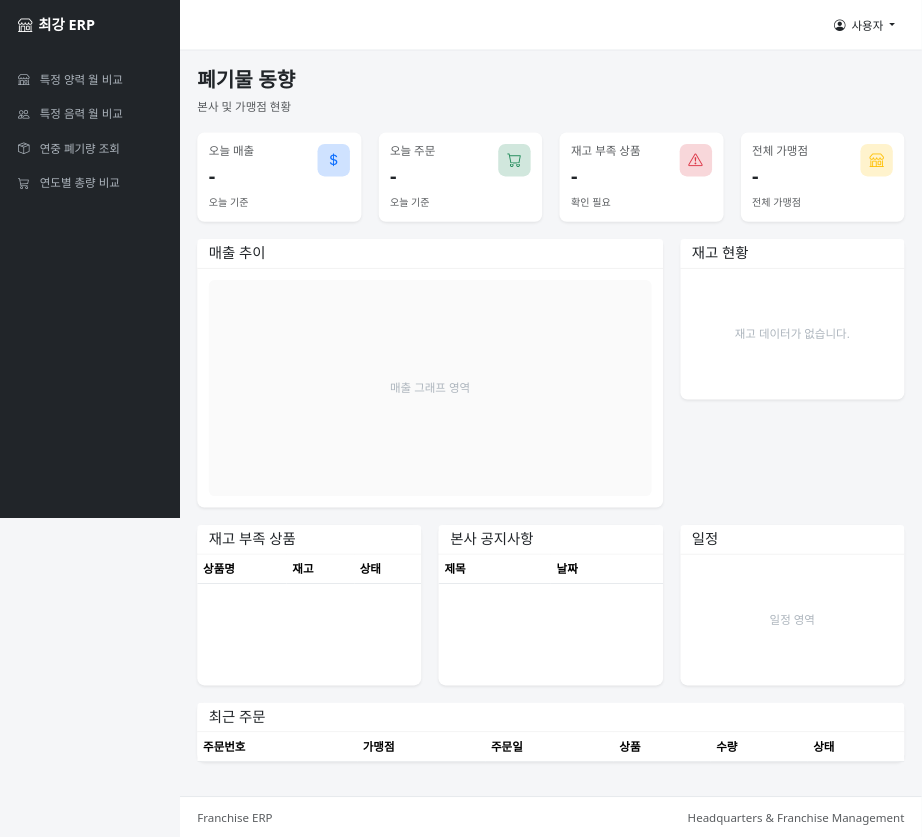
Repository: nojong99/kosta
Page: 32_MVCModel2/src/main/webapp/wasteTrends.html
These files come from the project's save history. The page is drawn as it stood at one moment and after the next save; the edit follows.
The browser window is 1280 px wide. The pictures show the whole page, at 72% of full size.

Above is the page before, as saved 2026-09-23 02:47:23.

### 32_MVCModel2/src/main/webapp/wasteTrends.html
<!DOCTYPE html>
<html lang="ko">

<head>
    <meta charset="UTF-8">
    <meta name="viewport" content="width=device-width, initial-scale=1">

    <title>Franchise ERP</title>

    <link
        href="https://cdn.jsdelivr.net/npm/bootstrap@5.3.8/dist/css/bootstrap.min.css"
        rel="stylesheet">
    <link
        rel="stylesheet"
        href="https://cdn.jsdelivr.net/npm/bootstrap-icons@1.13.1/font/bootstrap-icons.min.css">
	<link rel="stylesheet" href="css/wasteTrends.css">


</head>


<body>

<div class="sidebar">

    <div class="logo">

        <i class="bi bi-shop me-2"></i>

        <span>최강 ERP</span>

    </div>


    <ul class="nav flex-column mt-3">


        <!-- 대시보드 -->

        <li class="nav-item">

            <a class="nav-link" href="#">

                <i class="bi bi-shop"></i>

                <span>특정 양력 월 비교</span>

            </a>

        </li>

        <li class="nav-item">

            <a class="nav-link" href="#">

                <i class="bi bi-people"></i>

                <span>특정 음력 월 비교</span>

            </a>

        </li>

        <li class="nav-item">

            <a class="nav-link" href="#">

                <i class="bi bi-box-seam"></i>

                <span>연중 폐기량 조회</span>

            </a>

        </li>

        <li class="nav-item">

            <a class="nav-link" href="#">

                <i class="bi bi-cart3"></i>

                <span>연도별 총량 비교</span>

            </a>

        </li>



    </ul>

</div>



<!-- ==================================================
     MAIN
================================================== -->

<div class="main">


    <!-- ==================================================
         TOPBAR
    ================================================== -->

    <nav class="navbar topbar px-4">

        <div>

            <button
                class="btn btn-light d-md-none">

                <i class="bi bi-list"></i>
				사용자
            </button>

        </div>


        <div class="dropdown">

            <button
                class="btn dropdown-toggle"
                data-bs-toggle="dropdown">

                <i class="bi bi-person-circle me-1"></i>

                사용자

            </button>


            <ul class="dropdown-menu dropdown-menu-end">

                <li>
                    <a class="dropdown-item" href="#">
                        프로필
                    </a>
                </li>

                <li>
                    <a class="dropdown-item" href="#">
                        설정
                    </a>
                </li>

                <li>
                    <hr class="dropdown-divider">
                </li>

                <li>
                    <a class="dropdown-item" href="#">
                        로그아웃
                    </a>
                </li>

            </ul>

        </div>

    </nav>



    <!-- ==================================================
         CONTENT
    ================================================== -->

    <main class="container-fluid p-4">


        <!-- 제목 -->

        <div class="mb-4">

            <h3 class="fw-bold">
                폐기물 동향
            </h3>

            <p class="text-muted mb-0">
                본사 및 가맹점 현황
            </p>

        </div>



        <!-- ==================================================
             1. 주요 현황
        ================================================== -->

        <div class="row g-4 mb-4">


            <!-- 오늘 매출 -->

            <div class="col-12 col-sm-6 col-xl-3">

                <div class="card dashboard-card shadow-sm">

                    <div class="card-body">

                        <div class="d-flex justify-content-between">

                            <div>

                                <h6 class="text-muted">
                                    오늘 매출
                                </h6>

                                <h3 class="fw-bold">
                                    -
                                </h3>

                            </div>


                            <div class="dashboard-icon bg-primary-subtle text-primary">

                                <i class="bi bi-currency-dollar"></i>

                            </div>

                        </div>

                        <small class="text-muted">
                            오늘 기준
                        </small>

                    </div>

                </div>

            </div>



            <!-- 주문 -->

            <div class="col-12 col-sm-6 col-xl-3">

                <div class="card dashboard-card shadow-sm">

                    <div class="card-body">

                        <div class="d-flex justify-content-between">

                            <div>

                                <h6 class="text-muted">
                                    오늘 주문
                                </h6>

                                <h3 class="fw-bold">
                                    -
                                </h3>

                            </div>


                            <div class="dashboard-icon bg-success-subtle text-success">

                                <i class="bi bi-cart"></i>

                            </div>

                        </div>

                        <small class="text-muted">
                            오늘 기준
                        </small>

                    </div>

                </div>

            </div>



            <!-- 재고 부족 -->

            <div class="col-12 col-sm-6 col-xl-3">

                <div class="card dashboard-card shadow-sm">

                    <div class="card-body">

                        <div class="d-flex justify-content-between">

                            <div>

                                <h6 class="text-muted">
                                    재고 부족 상품
                                </h6>

                                <h3 class="fw-bold">
                                    -
                                </h3>

                            </div>


                            <div class="dashboard-icon bg-danger-subtle text-danger">

                                <i class="bi bi-exclamation-triangle"></i>

                            </div>

                        </div>

                        <small class="text-muted">
                            확인 필요
                        </small>

                    </div>

                </div>

            </div>



            <!-- 가맹점 -->

            <div class="col-12 col-sm-6 col-xl-3">

                <div class="card dashboard-card shadow-sm">

                    <div class="card-body">

                        <div class="d-flex justify-content-between">

                            <div>

                                <h6 class="text-muted">
                                    전체 가맹점
                                </h6>

                                <h3 class="fw-bold">
                                    -
                                </h3>

                            </div>


                            <div class="dashboard-icon bg-warning-subtle text-warning">

                                <i class="bi bi-shop"></i>

                            </div>

                        </div>

                        <small class="text-muted">
                            전체 가맹점
                        </small>

                    </div>

                </div>

            </div>

        </div>



        <!-- ==================================================
             2. 매출 / 재고
        ================================================== -->

        <div class="row g-4 mb-4">


            <!-- 매출 그래프 -->

            <div class="col-12 col-xl-8">

                <div class="card dashboard-card shadow-sm">

                    <div class="card-header bg-white">

                        <h5 class="mb-0">
                            매출 추이
                        </h5>

                    </div>

                    <div class="card-body">

                        <div class="chart-area">

                            <span>
                                매출 그래프 영역
                            </span>

                        </div>

                    </div>

                </div>

            </div>



            <!-- 재고 -->

            <div class="col-12 col-xl-4">

                <div class="card dashboard-card shadow-sm">

                    <div class="card-header bg-white">

                        <h5 class="mb-0">
                            재고 현황
                        </h5>

                    </div>

                    <div class="card-body">

                        <div class="empty-data">

                            재고 데이터가 없습니다.

                        </div>

                    </div>

                </div>

            </div>

        </div>



        <!-- ==================================================
             3. 재고 / 공지 / 일정
        ================================================== -->

        <div class="row g-4 mb-4">


            <!-- 재고 부족 -->

            <div class="col-12 col-lg-4">

                <div class="card dashboard-card shadow-sm h-100">

                    <div class="card-header bg-white">

                        <h5 class="mb-0">
                            재고 부족 상품
                        </h5>

                    </div>


                    <div class="card-body p-0">

                        <div class="table-responsive">

                            <table class="table table-hover mb-0">

                                <thead>

                                    <tr>

                                        <th>상품명</th>

                                        <th>재고</th>

                                        <th>상태</th>

                                    </tr>

                                </thead>


                                <tbody>

                                    <!-- DB 데이터 출력 -->

                                </tbody>

                            </table>

                        </div>

                    </div>

                </div>

            </div>



            <!-- 공지 -->

            <div class="col-12 col-lg-4">

                <div class="card dashboard-card shadow-sm h-100">

                    <div class="card-header bg-white">

                        <h5 class="mb-0">
                            본사 공지사항
                        </h5>

                    </div>


                    <div class="card-body p-0">

                        <div class="table-responsive">

                            <table class="table table-hover mb-0">

                                <thead>

                                    <tr>

                                        <th>제목</th>

                                        <th>날짜</th>

                                    </tr>

                                </thead>


                                <tbody>

                                    <!-- DB 데이터 출력 -->

                                </tbody>

                            </table>

                        </div>

                    </div>

                </div>

            </div>



            <!-- 일정 -->

            <div class="col-12 col-lg-4">

                <div class="card dashboard-card shadow-sm h-100">

                    <div class="card-header bg-white">

                        <h5 class="mb-0">
                            일정
                        </h5>

                    </div>


                    <div class="card-body">

                        <div class="empty-data">

                            일정 영역

                        </div>

                    </div>

                </div>

            </div>

        </div>



        <!-- ==================================================
             4. 최근 주문
        ================================================== -->

        <div class="card dashboard-card shadow-sm">


            <div class="card-header bg-white">

                <h5 class="mb-0">
                    최근 주문
                </h5>

            </div>


            <div class="card-body p-0">

                <div class="table-responsive">

                    <table class="table table-hover mb-0">

                        <thead>

                            <tr>

                                <th>주문번호</th>

                                <th>가맹점</th>

                                <th>주문일</th>

                                <th>상품</th>

                                <th>수량</th>

                                <th>상태</th>

                            </tr>

                        </thead>


                        <tbody>

                            <!--
                                나중에 DB에서 가져온 데이터를
                                여기에 출력
                            -->

                        </tbody>

                    </table>

                </div>

            </div>

        </div>


    </main>



    <!-- ==================================================
         FOOTER
    ================================================== -->

    <footer class="py-3 mt-4 bg-white border-top">

        <div class="container-fluid px-4">

            <div class="d-flex justify-content-between">

                <span class="text-muted">
                    Franchise ERP
                </span>

                <span class="text-muted">
                    Headquarters & Franchise Management
                </span>

            </div>

        </div>

    </footer>


</div>



<!-- Bootstrap 5 JS -->

<script
    src="https://cdn.jsdelivr.net/npm/bootstrap@5.3.8/dist/js/bootstrap.bundle.min.js">
</script>


</body>

</html>

### 32_MVCModel2/src/main/webapp/css/wasteTrends.css
@charset "UTF-8";


body {
    background-color: #f5f6f8;
}

/* 사이드바 */
.sidebar {
    width: 250px;
    min-height: 100vh;
    background-color: #212529;
    position: fixed;
    left: 0;
    top: 0;
}

.sidebar .logo {
    height: 70px;
    display: flex;
    align-items: center;
    padding: 0 25px;
    font-size: 20px;
    font-weight: bold;
    color: white;
}

.sidebar .nav-link {
    color: #adb5bd;
    padding: 12px 25px;
}

.sidebar .nav-link:hover,
.sidebar .nav-link.active {
    color: white;
    background-color: #343a40;
}

.sidebar .nav-link i {
    margin-right: 10px;
}

/* 메인 */
.main {
    margin-left: 250px;
    min-height: 100vh;
}

/* 상단바 */
.topbar {
    height: 70px;
    background-color: white;
    border-bottom: 1px solid #dee2e6;
}

/* 카드 */
.dashboard-card {
    border: none;
    border-radius: 10px;
}

.dashboard-icon {
    width: 45px;
    height: 45px;
    border-radius: 10px;

    display: flex;
    align-items: center;
    justify-content: center;

    font-size: 20px;
}

/* 차트 영역 */
.chart-area {
    height: 300px;

    display: flex;
    align-items: center;
    justify-content: center;

    color: #adb5bd;
    background-color: #fafafa;
    border-radius: 8px;
}

/* 빈 데이터 */
.empty-data {
    height: 150px;

    display: flex;
    align-items: center;
    justify-content: center;

    color: #adb5bd;
}

@media (max-width: 768px) {

    .sidebar {
        width: 70px;
    }

    .sidebar .logo span,
    .sidebar .nav-link span {
        display: none;
    }

    .sidebar .nav-link {
        text-align: center;
        padding: 15px 0;
    }

    .sidebar .nav-link i {
        margin: 0;
    }

    .main {
        margin-left: 70px;
    }

}

After the next save:
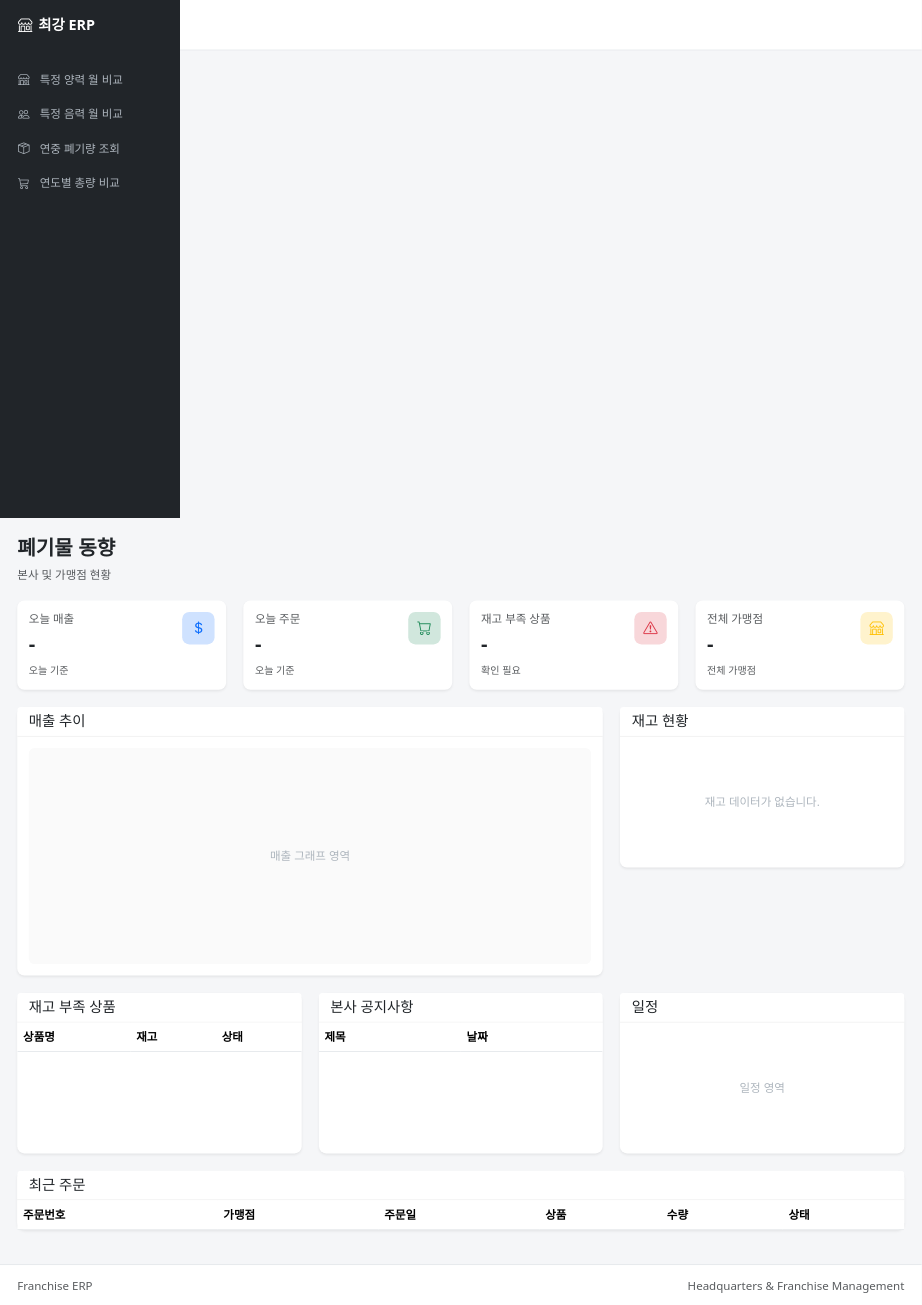
Saved 8 s later.
--- a/32_MVCModel2/src/main/webapp/wasteTrends.html
+++ b/32_MVCModel2/src/main/webapp/wasteTrends.html
@@ -112,23 +112,11 @@
                 class="btn btn-light d-md-none">
 
                 <i class="bi bi-list"></i>
-				사용자
             </button>
 
         </div>
 
 
-        <div class="dropdown">
-
-            <button
-                class="btn dropdown-toggle"
-                data-bs-toggle="dropdown">
-
-                <i class="bi bi-person-circle me-1"></i>
-
-                사용자
-
-            </button>
 
 
             <ul class="dropdown-menu dropdown-menu-end">

After the save that followed:
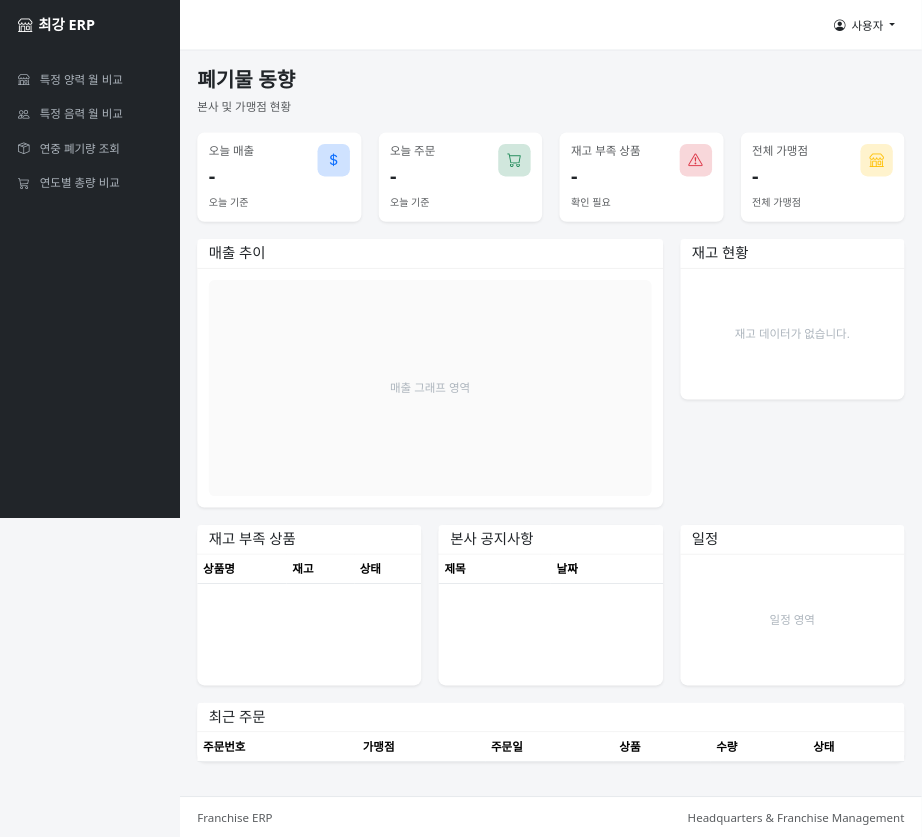
Saved 4 s later.
--- a/32_MVCModel2/src/main/webapp/wasteTrends.html
+++ b/32_MVCModel2/src/main/webapp/wasteTrends.html
@@ -117,6 +117,17 @@
         </div>
 
 
+        <div class="dropdown">
+
+            <button
+                class="btn dropdown-toggle"
+                data-bs-toggle="dropdown">
+
+                <i class="bi bi-person-circle me-1"></i>
+
+                사용자
+
+            </button>
 
 
             <ul class="dropdown-menu dropdown-menu-end">
